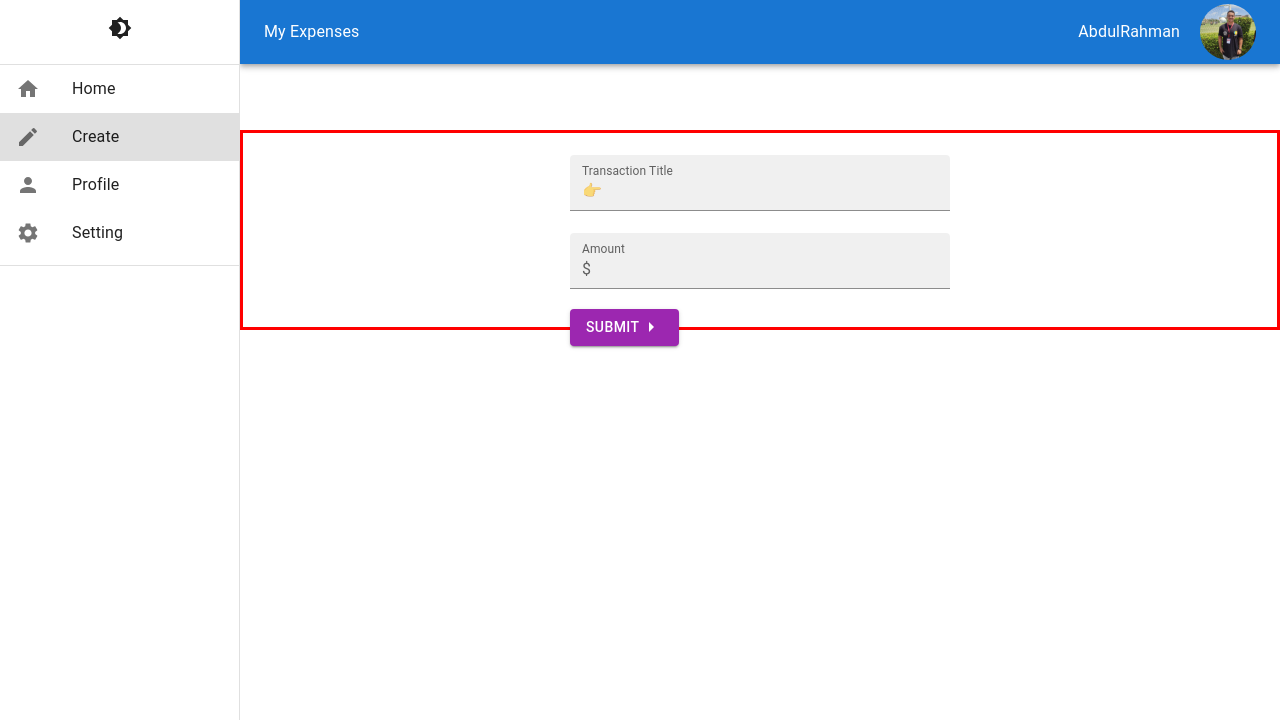
Repository: abdulrahmanmahmood/Expenses-APP
Page: /create
An editor plug-in stored every save of this project. The page is shown before and after the next save, followed by the edit.
The browser window is 1280 px wide. The pictures show the whole page.
The project was rebuilt for these pictures with package versions that can differ from the ones it lists, and the page was loaded fresh each time. Also part of the build but not shown: src/App.css, src/App.js. Imported but missing from the stored project, and not drawn on this page: src/pages/home/Home.

Above is the page before, as saved 2023-10-03 22:41:16.

After the next save:
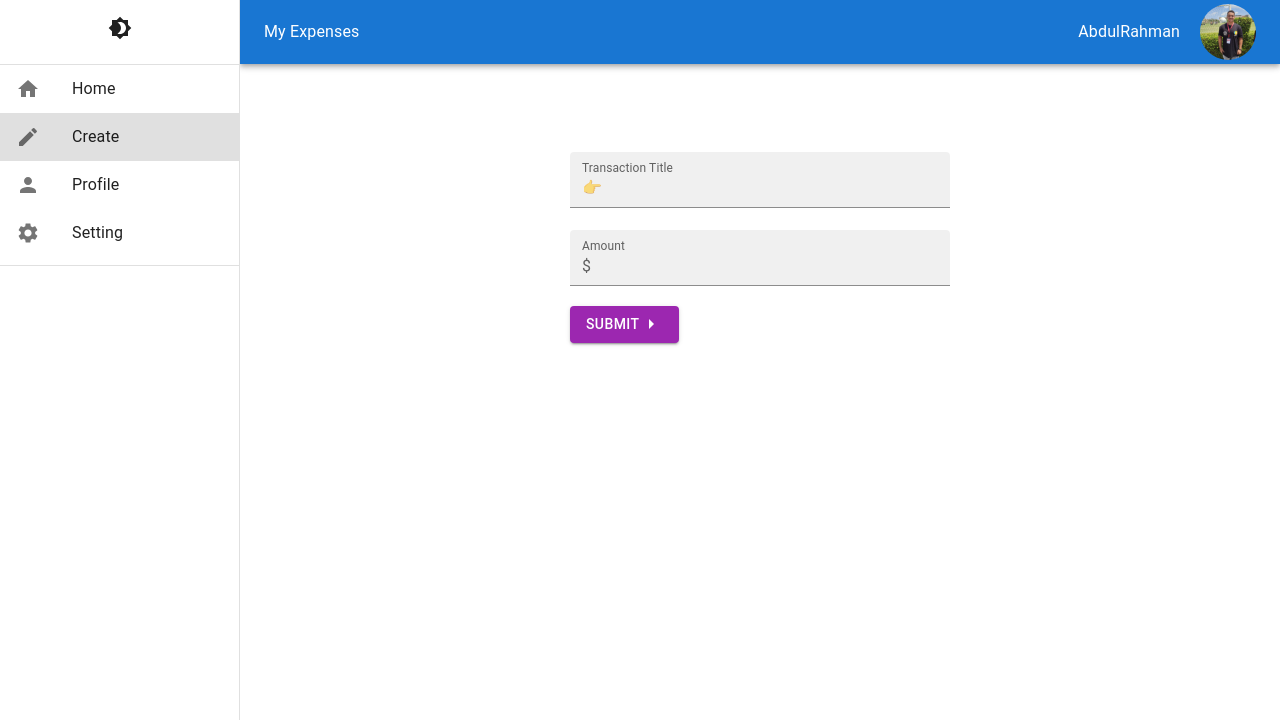
Saved 79 s later.
--- a/src/pages/Root.jsx
+++ b/src/pages/Root.jsx
@@ -46,7 +46,6 @@ function Root() {
         />
         <Box
           component="main"
-          className="border"
           sx={{
             ml: { sm: `${drawerWidth}px` },
             width: { xs: "100%", sm: `calc(100% - ${drawerWidth}px)` },
